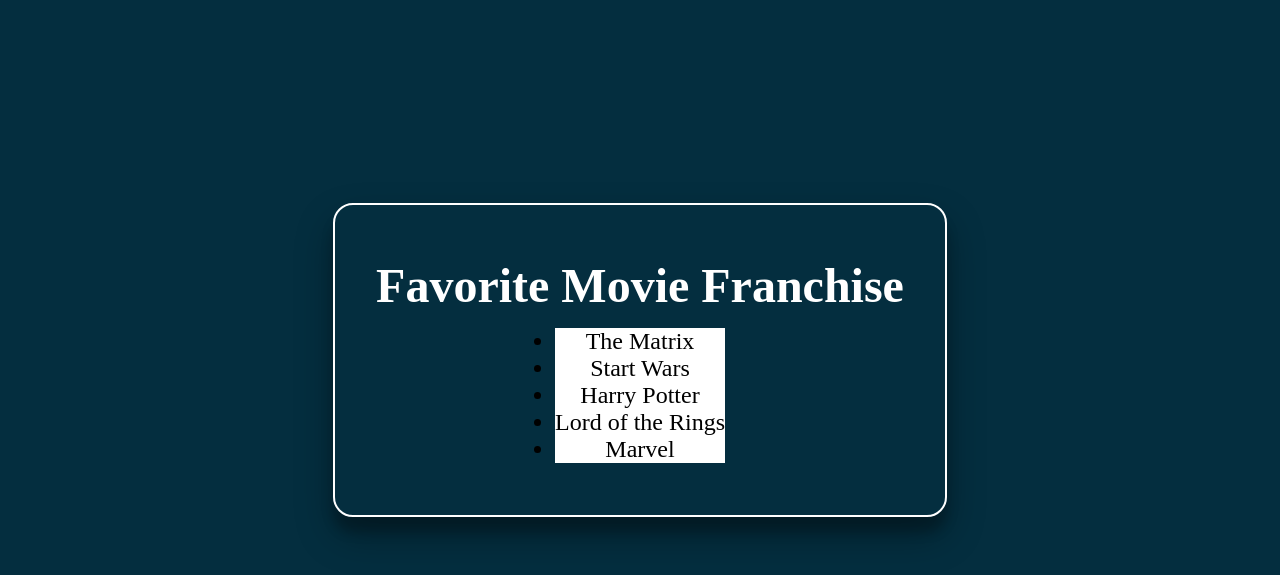
Repository: Ellisvelandia/DOM-Manipulation
Page: index.html
The author's editor kept a copy of each file at every save. The page is drawn from the files as they stood at one save, then again after a run of saves.
The browser window is 1280 px wide. The pictures show the whole page.

Above is the page before, as saved 2022-08-22 13:46:18.

### index.html
<!DOCTYPE html>
<html lang="en">
<head>
  <meta charset="UTF-8">
  <meta http-equiv="X-UA-Compatible" content="IE=edge">
  <meta name="viewport" content="width=device-width, initial-scale=1.0">
  <link rel="stylesheet" href="style.css">
  <title>Master DOM Manipulation</title>
</head>
<body>
  <div class="container">
    <h1 id="main-heading">Favorite Movie Franchise</h1>
    <ul>
      <li class="list-items">The Matrix</li>
      <li class="list-items">Start Wars</li>
      <li class="list-items">Harry Potter</li>
      <li class="list-items">Lord of the Rings</li>
      <li class="list-items">Marvel</li>
    </ul>

    <script src="app.js"></script>
  </div>
</body>
</html>

### style.css
* {
  padding: 0;
  margin: 0;
}

body {
  background-color: #042e3f;
  max-width: 100%;
  height: 100vh;
  display: flex;
  justify-content: center;
  align-items: center;
}

.container {
  display: flex;
  align-items: center;
  flex-direction: column;
  justify-content: center;
  border: 1px solid transparent;
  padding: 5px;
  border-radius: 20px;
  height: 300px;
  width: 600px;
  border: 2px solid #fff;
  box-shadow: rgba(0, 0, 0, 0.3) 0px 19px 38px,
    rgba(0, 0, 0, 0.22) 0px 15px 12px;
}

#main-heading {
  text-align: center;
  font-size: 3rem;
  font-weight: 600;
  color: #fff;
  margin-bottom: 15px;
}

.list-items {
  text-align: center;
  color: #000;
  font-size: 1.5rem;
  background-color: #fff;
  text-decoration: blink;
}

### app.js
// DOM Manipulation

// GetElementById()

const title = document.getElementById("main-heading");

console.log(title);

// GetElementByClassName()

// const listItems = document.getElementsByClassName("list-items");

// console.log(listItems);

// getElementsByTagName()
const listItems = document.getElementsByTagName("li");

console.log(listItems);

// querySelector()

const container = document.querySelector("div");

console.log(container);
// querySelectorAll()

After the next 2 saves:
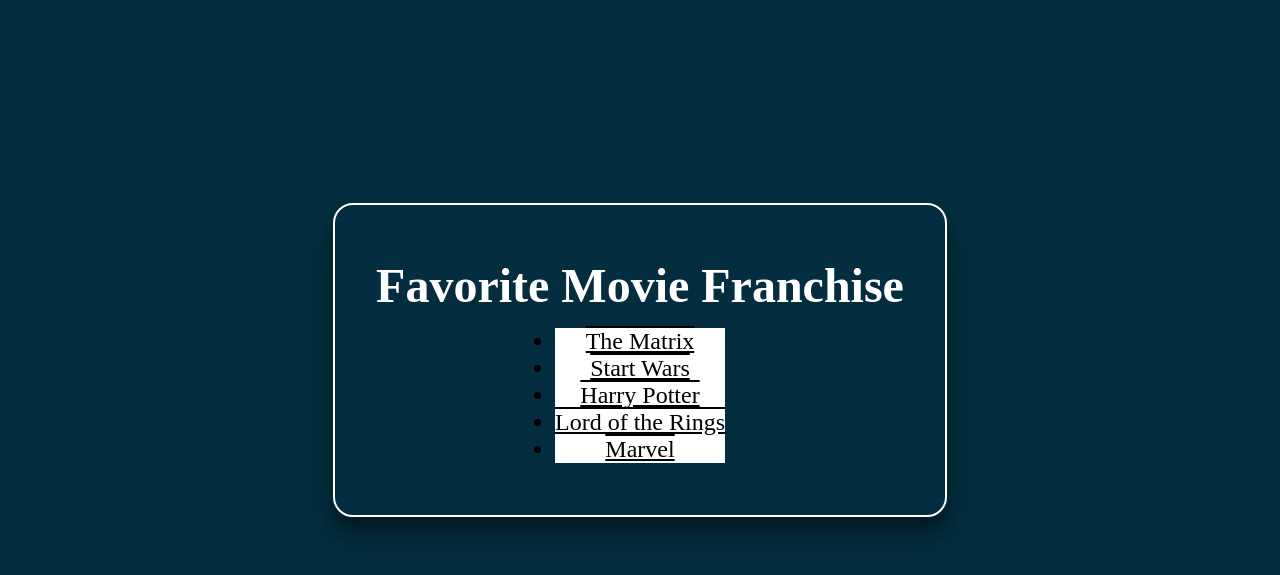
The 2 saves are shown as one change because they came seconds apart.
The last was saved 9 s later.
--- a/style.css
+++ b/style.css
@@ -40,5 +40,5 @@
   color: #000;
   font-size: 1.5rem;
   background-color: #fff;
-  text-decoration: blink;
+  text-decoration: underline overline;
 }
